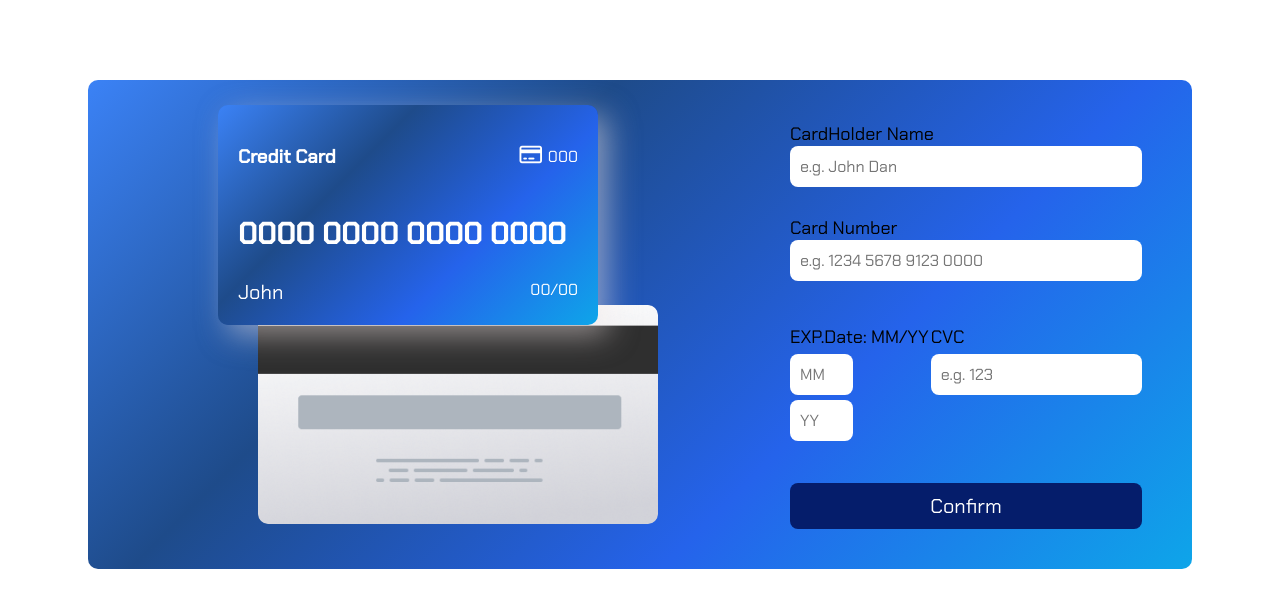
Repository: moehaymanmyint/Interactive-Card-Details-Form
Page: index.html
The author's editor kept a copy of each file at every save. The page is drawn from the files as they stood at one save, then again after the next save.
The browser window is 1280 px wide. The pictures show the whole page.
Some web libraries are served in a nearby version.

Above is the page before, as saved 2024-10-18 22:34:08.

### index.html
<!DOCTYPE html>
<html lang="en">
<head>
    <meta charset="UTF-8">
    <meta name="viewport" content="width=device-width, initial-scale=1.0">
    <title>Interactive Card Details Form</title>
    <link rel="stylesheet" href="style.css">
    <link rel="stylesheet" href="https://cdnjs.cloudflare.com/ajax/libs/font-awesome/6.6.0/css/all.min.css" />
</head>
<body>
    <div class="container">
    <!-- Left Side -->
    <div class="left-container">
        <div class="front-card">
            <div class="header">
                <h3>Credit Card</h3>
                <div>
                    <i class="fa-regular fa-credit-card"></i>
                    <span style="margin-left: 2px;" class="cnv">000</span>
                </div>
            </div>
            <div class="number" style="text-align: justify; " >0000 0000 0000 0000</div>
            <div class="" style="display: flex; justify-content: space-between;">
                <span class="name">John</span>
                <span class="date">
                    <span class="date">00/00</span>
                </span>
            </div>
        </div>


        <div class="back-card">
            <img src="./img/bg-card-back.png" alt="">
        </div>
    </div>

    <!-- Right Side -->
    <div class="right-container">
        <form action="">
            <div class="card-name">
                <label for="">CardHolder Name</label><br>
                <input type="text" placeholder="e.g. John Dan" class="card-input" id="name-input">
                <span class="name-error">Required</span>
            </div>
            <div class="card-number">
                <label for="">Card Number</label><br>
                <input type="text" placeholder="e.g. 1234 5678 9123 0000" class="card-input" id="number-input" maxlength="16">
                <span class="number-error">Required</span>
            </div>
            <div class="card-info">
                <div class="" style="width: 40%;">
                    <label for="">EXP.Date: MM/YY</label><br>
                    <input type="text" placeholder="MM" class="card-date" id="month-input" maxlength="2">
                    <input type="text" placeholder="YY" class="card-date" id="year-input" maxlength="4">
                    <span class="date-error">Required</span>
                </div>
                <div class="cvc" style="width: 60%;">
                    <label for="">CVC</label><br>
                    <input type="text" placeholder="e.g. 123" class="card-cvc" maxlength="3" id="cnv-input">
                    <span class="cnv-error">Required</span>
                </div>
            </div>

            <div class="btn">
                <input type="submit" value="Confirm" class="confirm-btn">
            </div>
        </form>
    </div>
    </div>
</body>
<script src="app.js"></script>
</html>

### style.css
@import url('https://fonts.googleapis.com/css2?family=Chakra+Petch:wght@300;400;500&display=swap');

body{
    font-family: "Chakra Petch", sans-serif;
}
.container{
    display: flex;
    justify-content: center;
    margin: 80px;
    background: linear-gradient(135deg, #3b82f6, #1e4b8a, #2563eb, #0ea5e9);
    border-radius: 10px;
}

.left-container,
.right-container {
    margin: 20px 50px;
    width: 50%;
}

.right-container{
    display: flex;
    align-items: center;
    font-size: 20px;
}

.front-card{
    background: linear-gradient(135deg, #3b82f6, #1e4b8a, #2563eb, #0ea5e9);
    box-shadow: 10px 10px 30px rgba(242, 230, 230, 0.5);
    color: white;
    padding: 20px;
    border-radius: 10px;
    height: 180px;
    width: 340px;
    margin: 5px 80px;
    display: flex;
    flex-direction: column;
    justify-content: space-between;
    z-index: 1;
    position: relative;
}

.header{
    display: flex;
    justify-content: space-between;
    align-items: center;
}

.header i{
    font-size: 20px;
}

.front-card .number{
    font-size: 30px;
    font-weight: bold;
}

.front-card .name{
    font-size: 20px;
}

.back-card img{
    width: 400px;
    margin: 20px 40px;
    margin-top: -25px;
    border-radius: 10px;
    margin-left: 120px;
    z-index: 0;
    position: relative;
}

.right-container div{
    margin: 15px 0;
}

.card-input {
    width: 100%;
    border: none;
    padding: 10px;
    border-radius: 8px;
    box-sizing: border-box;
}

.card-date {
    width: 45%;
    margin-top: 5px;
    margin-right: 5px;
    border: none;
    padding: 10px;
    border-radius: 8px;
    box-sizing: border-box;
}

.card-cvc {
    width: 100%;
    margin-top: 5px;
    border: none;
    padding: 10px;
    border-radius: 8px;
    box-sizing: border-box;
}

.confirm-btn {
    width: 100%;
    padding: 10px;
    border-radius: 8px;
    border: none;
    background-color: rgb(5, 29, 107);
    font-size: 20px;
    color: white;
    cursor: pointer;
}

.card-info {
    display: flex;
    justify-content: space-evenly;
}

label{
    font-size: 18px;
}
input{
    transition: 0.5s;
    font-size: 16px;
    font-family: "Chakra Petch", sans-serif;
}
input:focus{
    outline: none;
    box-shadow: 10px 10px 15px rgba(3, 19, 68, 0.3);
}

.card-name,
.card-number,
.card-info{
    padding-bottom: 12px;
}

.name-error,
.number-error,
.date-error,
.cnv-error{
    color: red;
    display: none;
    font-size: 15px;
}

### app.js
let cardName = document.querySelector(".name");
let cardNumber = document.querySelector(".number");
let cardDate = document.querySelector(".date");
let cardCNV = document.querySelector(".cnv");

let name = document.querySelector("#name-input");
let number = document.querySelector("#number-input");
let year = document.querySelector("#year-input");
let month = document.querySelector("#month-input");
let cnv = document.querySelector("#cnv-input")

let nameError = document.querySelector(".name-error");
let numberError = document.querySelector(".number-error");
let dateError = document.querySelector(".date-error");
let cnvError = document.querySelector(".cnv-error");

function getData(event) {
    event.preventDefault();
    let validAll = true;
    nameError.style.display = "none";
    numberError.style.display = "none";
    dateError.style.display = "none";
    cnvError.style.display = "none";

    // Validate name
    if (name.value.trim() === "") {
        nameError.style.display = "inline";
        validAll = false;
    }

    // Validate card number
    if (number.value === "") {
        numberError.style.display = "inline";
        validAll = false;
    } else if (isNaN(Number(number.value)) || number.value.length !== 16) {
        numberError.style.display = "inline";
        numberError.innerHTML = "Enter a valid 16-digit number";
        validAll = false;
    }

    // Validate month and year
    let current = new Date();
    let currentYear = current.getFullYear()
    if (month.value === "" || year.value === "") {
        dateError.style.display = "inline";
        validAll = false;
    }else if(month.value < 1 || month.value > 12 || isNaN(Number(month.value)) || isNaN(Number(year.value)) || year.value > currentYear){
        dateError.style.display = "inline";
        dateError.innerHTML = "Enter Correct Date*";
        validAll = false;
    }

    // Validate CNV
    if(cnv.value === ""){
        cnvError.style.display = "inline";
        validAll = false;
    } else if (isNaN(Number(cnv.value))) {
        cnvError.style.display = "inline";
        cnvError.innerHTML = "Enter a number";
        validAll = false;
    }

    if (validAll) {
        cardName.innerHTML = name.value;
        formatNumber = ""
        for(let i = 0; i < number.value.length; i++){
            if (i % 4 === 0) {
                formatNumber += ' ';
            }
            formatNumber += number.value[i];
        }
        cardNumber.innerHTML = formatNumber;

        if(month.value.length < 2){
            cardDate.innerHTML = "0" + month.value + "/" + year.value;
        } else {
            cardDate.innerHTML = month.value + "/" + year.value;
        }

        cardCNV.innerHTML = cnv.value;
    }
}

let confirmBtn = document.querySelector(".confirm-btn");
confirmBtn.addEventListener("click", getData);

After the next save:
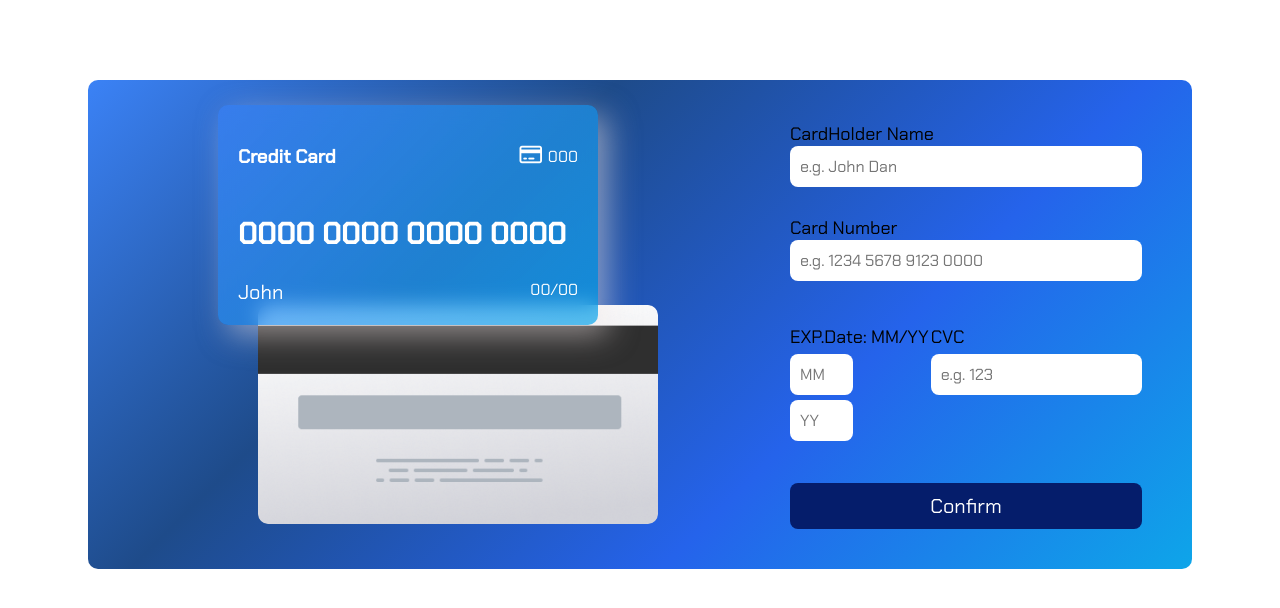
Saved 2 min 21 s later.
--- a/style.css
+++ b/style.css
@@ -24,7 +24,10 @@ body{
 }
 
 .front-card{
-    background: linear-gradient(135deg, #3b82f6, #1e4b8a, #2563eb, #0ea5e9);
+    background: linear-gradient(135deg, rgba(59, 130, 246, 0.7), rgba(14, 165, 233, 0.7));
+backdrop-filter: blur(10px); /* Adds a blur effect for a frosted glass look */
+border-radius: 10px; /* Optional: Adds rounded corners */
+
     box-shadow: 10px 10px 30px rgba(242, 230, 230, 0.5);
     color: white;
     padding: 20px;
